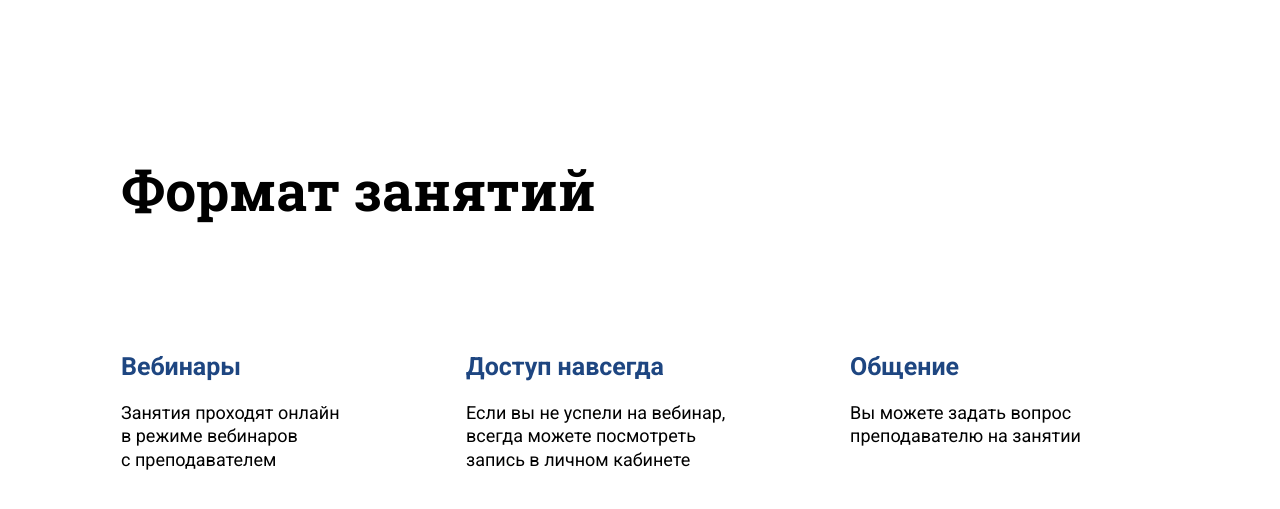
Repository: NatiqSamiyev/figma-task-2
Page: index.html
These files come from the project's save history. The page is drawn as it stood at one moment and after a run of saves; the edit follows.
The browser window is 1280 px wide. The pictures show the whole page.

Above is the page before, as saved 2023-08-14 13:05:55.

After the next 2 saves:
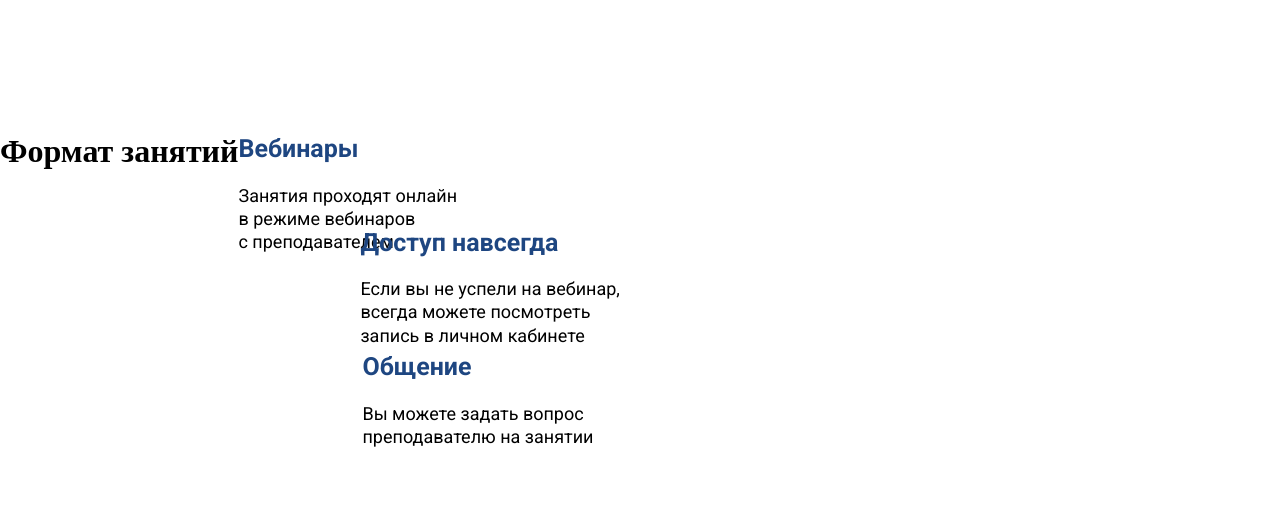
The 2 saves are shown as one change because they came seconds apart.
The last was saved 13 min 1 s later.
--- a/index.html
+++ b/index.html
@@ -7,10 +7,10 @@
     <link rel="stylesheet" href="index.css" />
   </head>
   <body>
-    <div class="top-container">
+    <div class="container">
       <h1>Формат занятий</h1>
 
-      <div class="container">
+      <div class="box">
         <div class="box-1">
           <h2>Вебинары</h2>
           <br />
